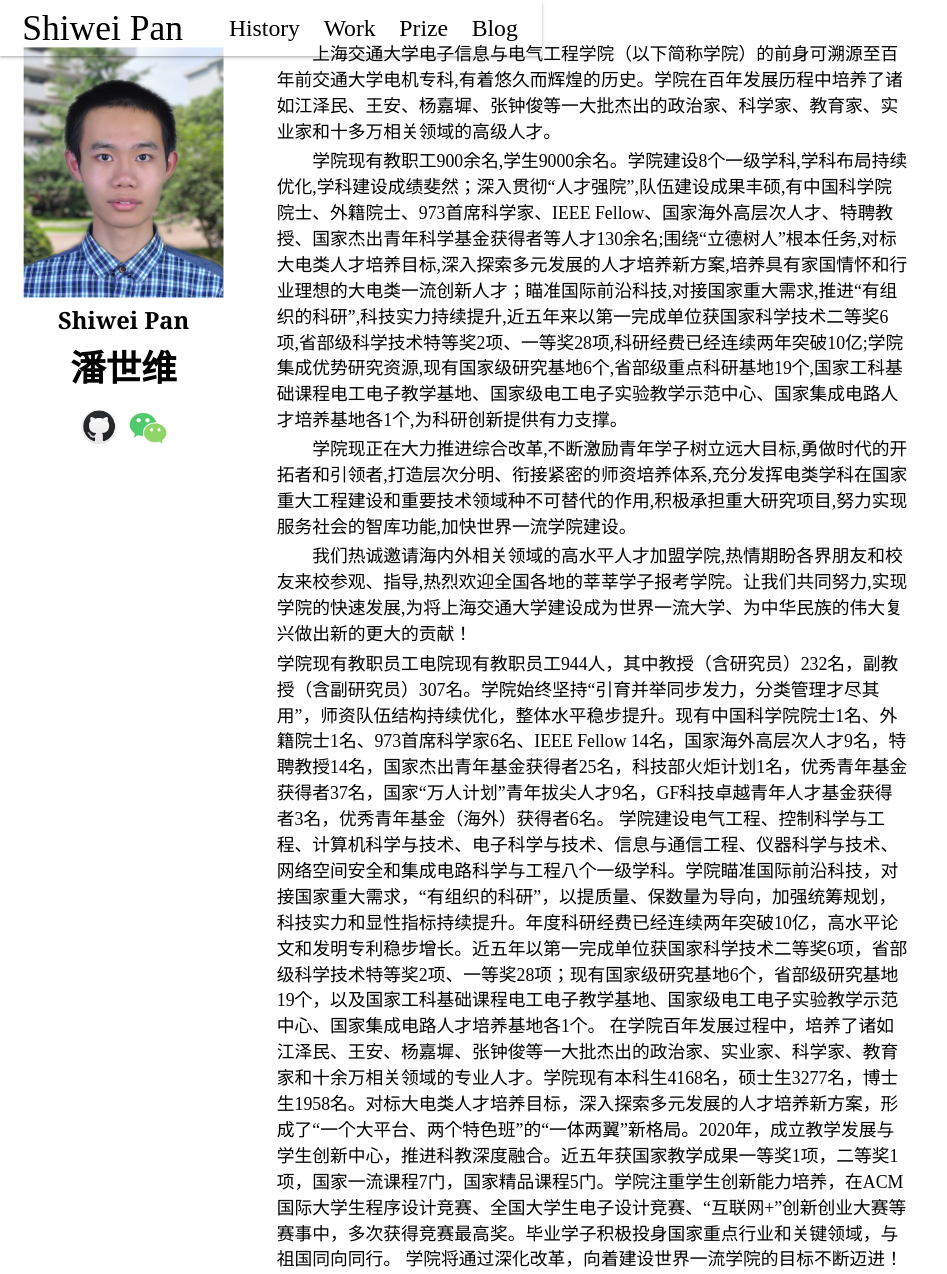
Repository: erikpsw/web
Page: new/psw.html
The author's editor kept a copy of each file at every save. The page is drawn from the files as they stood at one save, then again after the next save.
The browser window is 1280 px wide. The pictures show the whole page, at 74% of full size.

Above is the page before, as saved 2022-06-17 08:50:48.

After the next save:
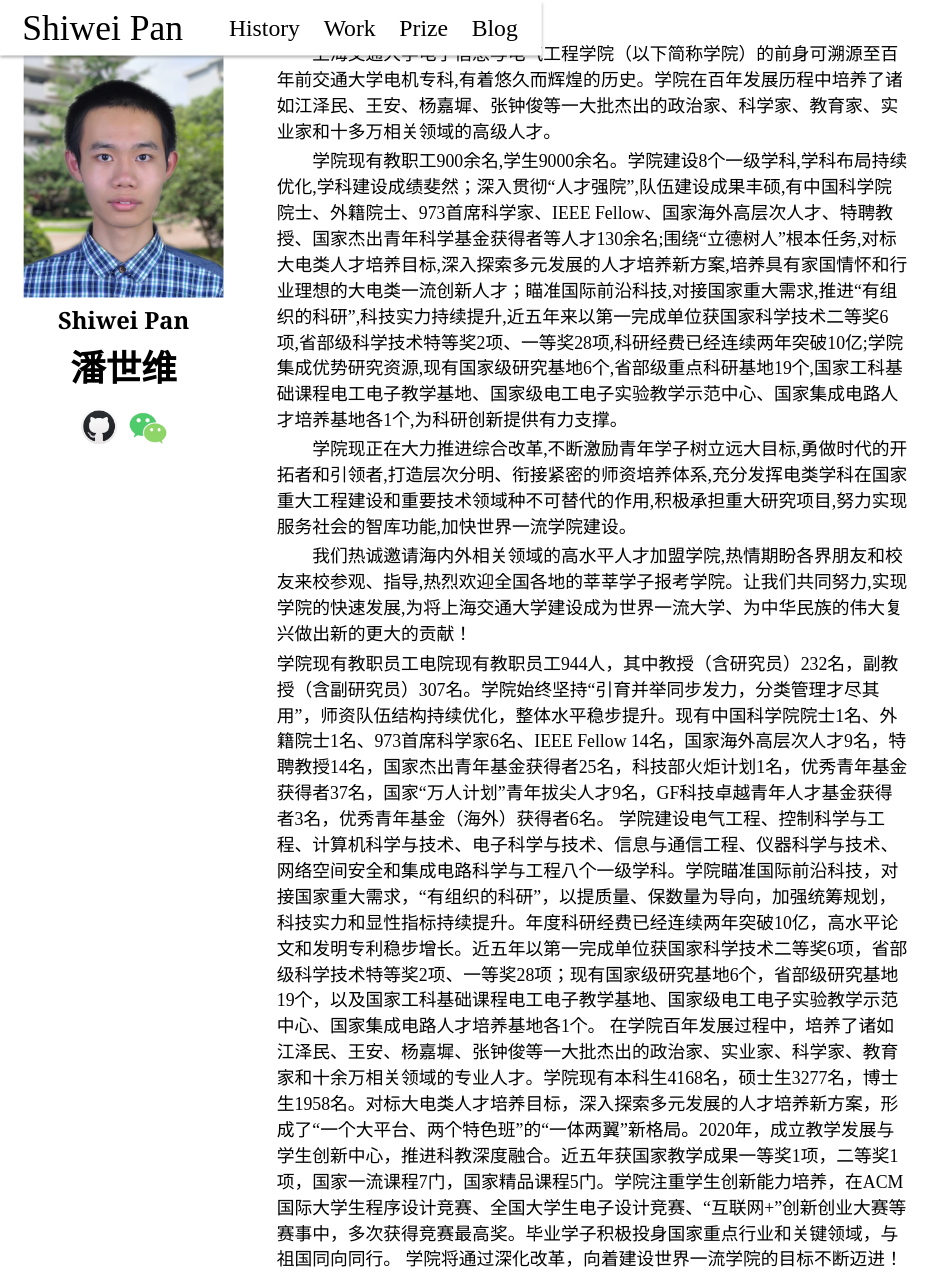
Saved 39 s later.
--- a/new/styles.css
+++ b/new/styles.css
@@ -1,9 +1,9 @@
 #start_box
 {
-    background-color: whit;
     display:flex;
     box-shadow: 0 0.25rem 0.25rem 0 rgb(0 0 0 / 31%);
     position: fixed;
+    background: #fff;
 }
 
 #title{
